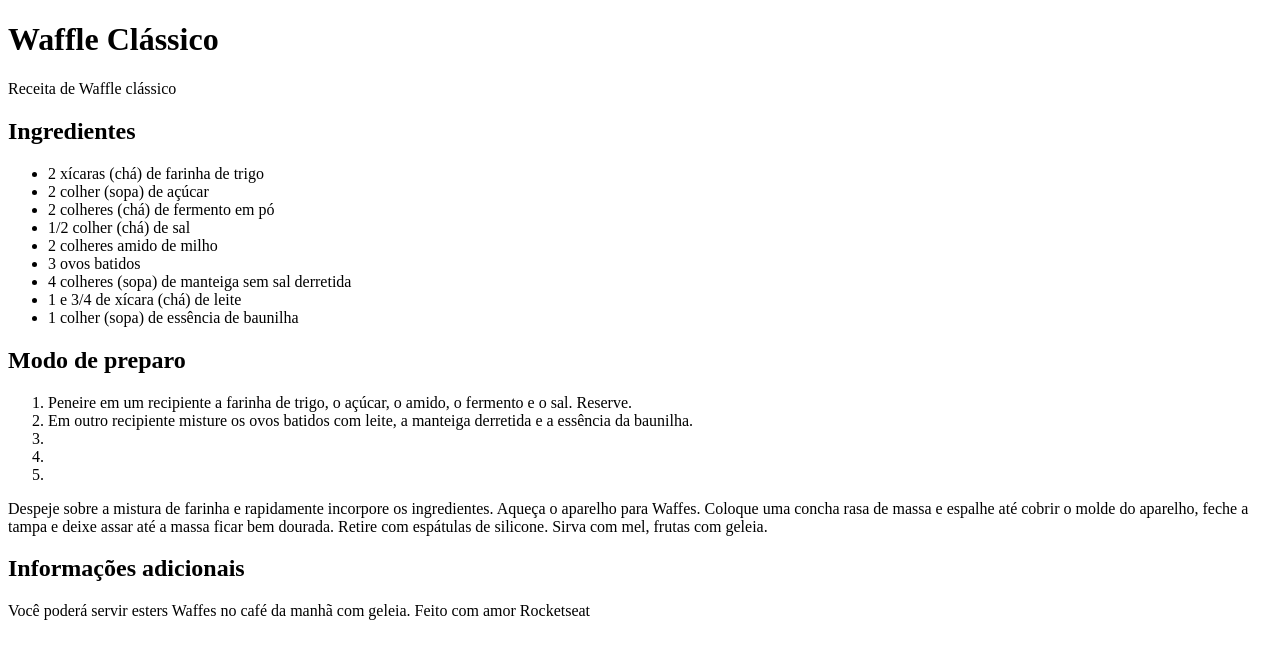
Repository: mferoc/MentoriaMais1CodeG7
Page: desafios-rocketseat-discover/Pagina_de_Receita/Página de Receita/index.html
An editor plug-in stored every save of this project. The page is shown before and after a run of saves, followed by the edit.
The browser window is 1280 px wide. The pictures show the whole page.

Above is the page before, as saved 2022-06-29 20:32:42.

### desafios-rocketseat-discover/Pagina_de_Receita/Página de Receita/index.html
<!DOCTYPE html>
<html lang="pt-br">
<head>
    <meta charset="UTF-8">
    <meta http-equiv="X-UA-Compatible" content="IE=edge">
    <meta name="viewport" content="width=device-width, initial-scale=1.0">
    <title>Página de Receita</title>
</head>
<body>

<h1>Waffle Clássico</h1>

Receita de Waffle clássico

<h2>Ingredientes</h2>

<ul>
    <li>2 xícaras (chá) de farinha de trigo</li>
    <li>2 colher (sopa) de açúcar</li>
    <li>2 colheres (chá) de fermento em pó</li>
    <li>1/2 colher (chá) de sal</li>
    <li>2 colheres amido de milho</li>
    <li>3 ovos batidos</li>
    <li>4 colheres (sopa) de manteiga sem sal derretida</li>
    <li>1 e 3/4 de xícara (chá) de leite</li>
    <li>1 colher (sopa) de essência de baunilha</li>
</ul>


<h2>Modo de preparo</h2>

<ol>
    <li>Peneire em um recipiente a farinha de trigo, o açúcar, o amido, o fermento e o sal. Reserve.</li>
    <li>Em outro recipiente misture os ovos batidos com leite, a manteiga derretida e a essência da baunilha.</li>
    <li></li>
    <li></li>
    <li></li>
</ol>


Despeje sobre a mistura de farinha e rapidamente incorpore os ingredientes.
Aqueça o aparelho para Waffes. Coloque uma concha rasa de massa e espalhe até cobrir o molde do aparelho, feche a tampa e deixe assar até a massa ficar bem dourada.
Retire com espátulas de silicone. Sirva com mel, frutas com geleia.

<h2>Informações adicionais</h2>

Você poderá servir esters Waffes no café da manhã com geleia.

Feito com amor Rocketseat


</body>
</html>

After the next 6 saves:
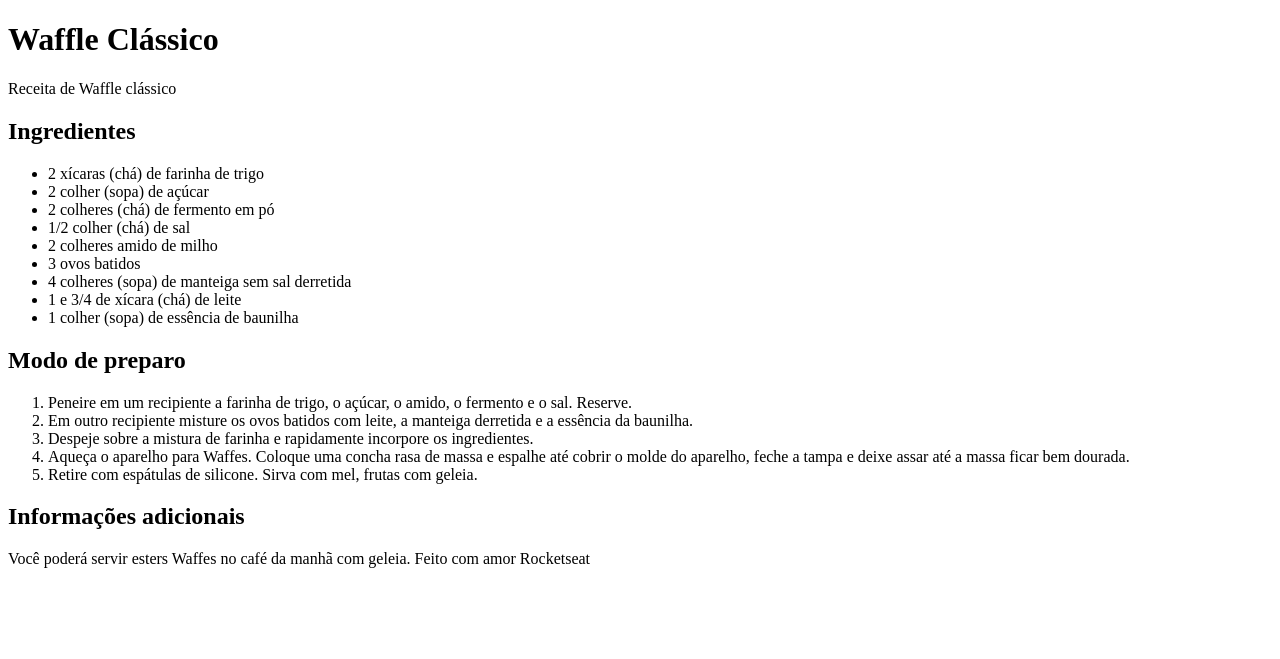
The 6 saves are shown as one change because they came seconds apart.
The last was saved 20 s later.
--- a/desafios-rocketseat-discover/Pagina_de_Receita/Página de Receita/index.html
+++ b/desafios-rocketseat-discover/Pagina_de_Receita/Página de Receita/index.html
@@ -32,15 +32,15 @@
 <ol>
     <li>Peneire em um recipiente a farinha de trigo, o açúcar, o amido, o fermento e o sal. Reserve.</li>
     <li>Em outro recipiente misture os ovos batidos com leite, a manteiga derretida e a essência da baunilha.</li>
-    <li></li>
-    <li></li>
-    <li></li>
+    <li>Despeje sobre a mistura de farinha e rapidamente incorpore os ingredientes.</li>
+    <li>Aqueça o aparelho para Waffes. Coloque uma concha rasa de massa e espalhe até cobrir o molde do aparelho, feche a tampa e deixe assar até a massa ficar bem dourada.</li>
+    <li>Retire com espátulas de silicone. Sirva com mel, frutas com geleia.</li>
 </ol>
 
 
-Despeje sobre a mistura de farinha e rapidamente incorpore os ingredientes.
-Aqueça o aparelho para Waffes. Coloque uma concha rasa de massa e espalhe até cobrir o molde do aparelho, feche a tampa e deixe assar até a massa ficar bem dourada.
-Retire com espátulas de silicone. Sirva com mel, frutas com geleia.
+
+
+
 
 <h2>Informações adicionais</h2>
 
